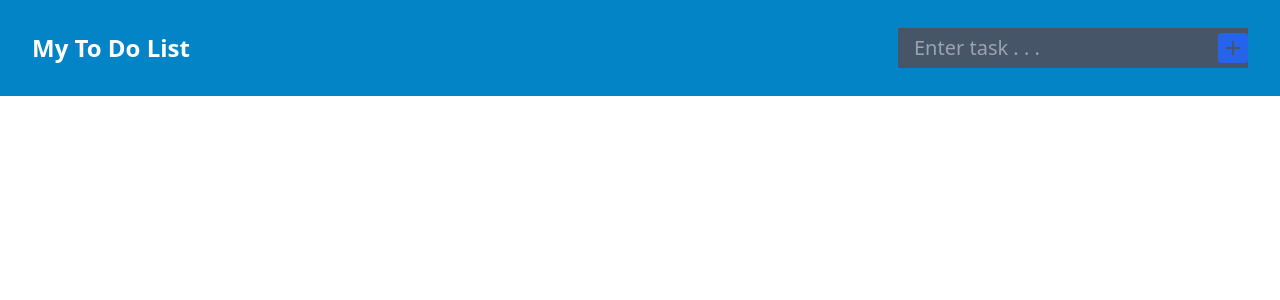
Repository: SaadYasin/react-to-do-list
Page: /
These files come from the project's save history. The page is drawn as it stood at one moment and after a run of saves; the edit follows.
The browser window is 1280 px wide. The pictures show the whole page.
The project was rebuilt for these pictures with package versions that can differ from the ones it lists, and the page was loaded fresh each time. Also part of the build but not shown: src/App.css.

Above is the page before, as saved 2022-11-09 15:56:52.

After the next 5 saves:
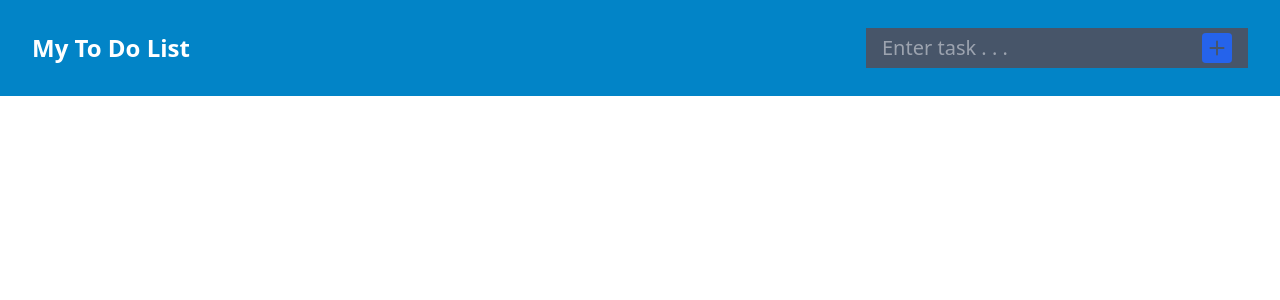
The 5 saves are shown as one change because they came seconds apart.
The last was saved 54 s later.
--- a/src/components/Input.js
+++ b/src/components/Input.js
@@ -10,7 +10,7 @@
           placeholder="Enter task . . ."
           className="text-xl bg-transparent text-white px-4 w-80"
         />
-        <button className="text-3xl text-blue-600" type="submit">
+        <button className="text-3xl text-blue-600 px-4" type="submit">
           <BsFillPlusSquareFill />
         </button>
       </form>
